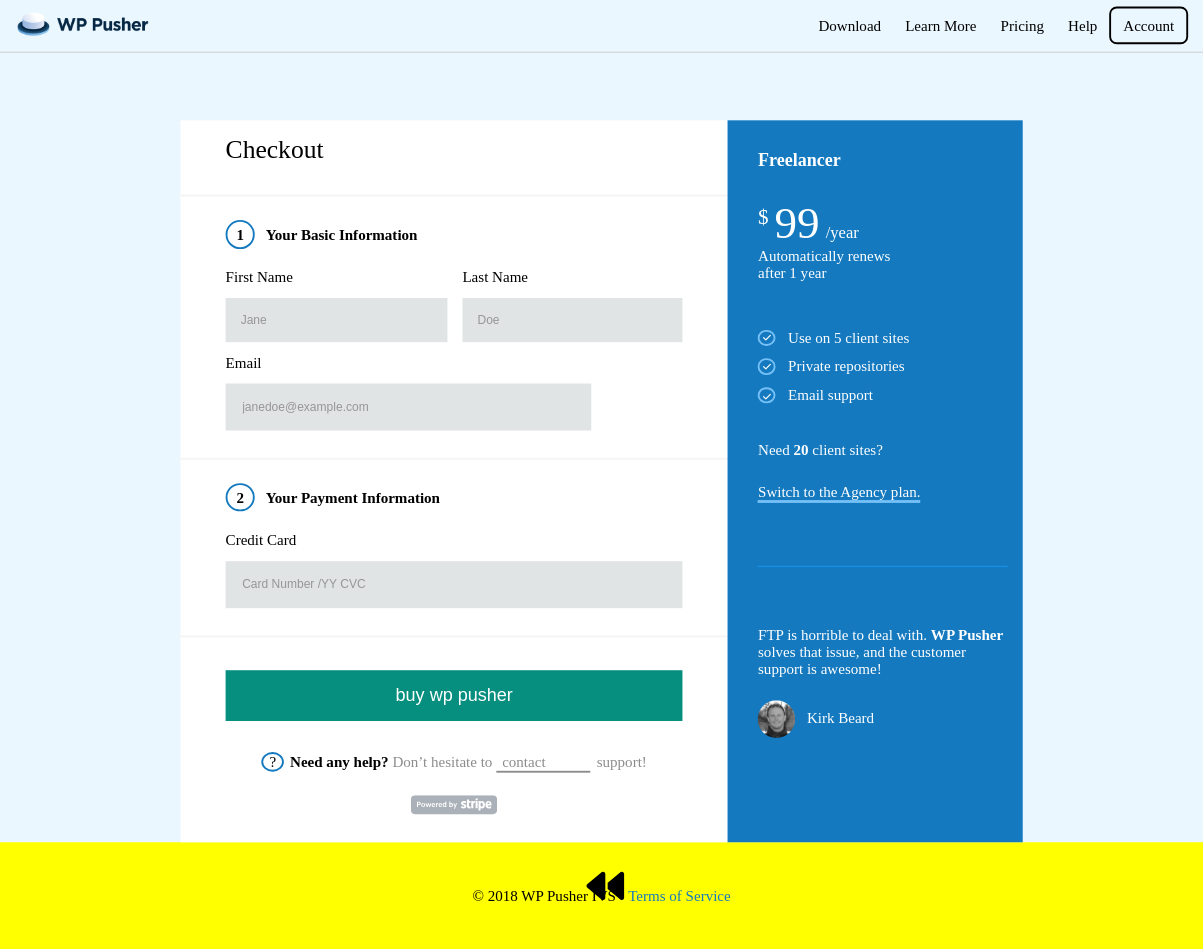
Repository: dark-txch/ass-1-6
Page: src/pages/wpPusher.html
The author's editor kept a copy of each file at every save. The page is drawn from the files as they stood at one save, then again after a run of saves.
The browser window is 1280 px wide. The pictures show the whole page, at 94% of full size.
Some web libraries are served in a nearby version.

Above is the page before, as saved 2024-11-29 15:43:14.

After the next 2 saves:
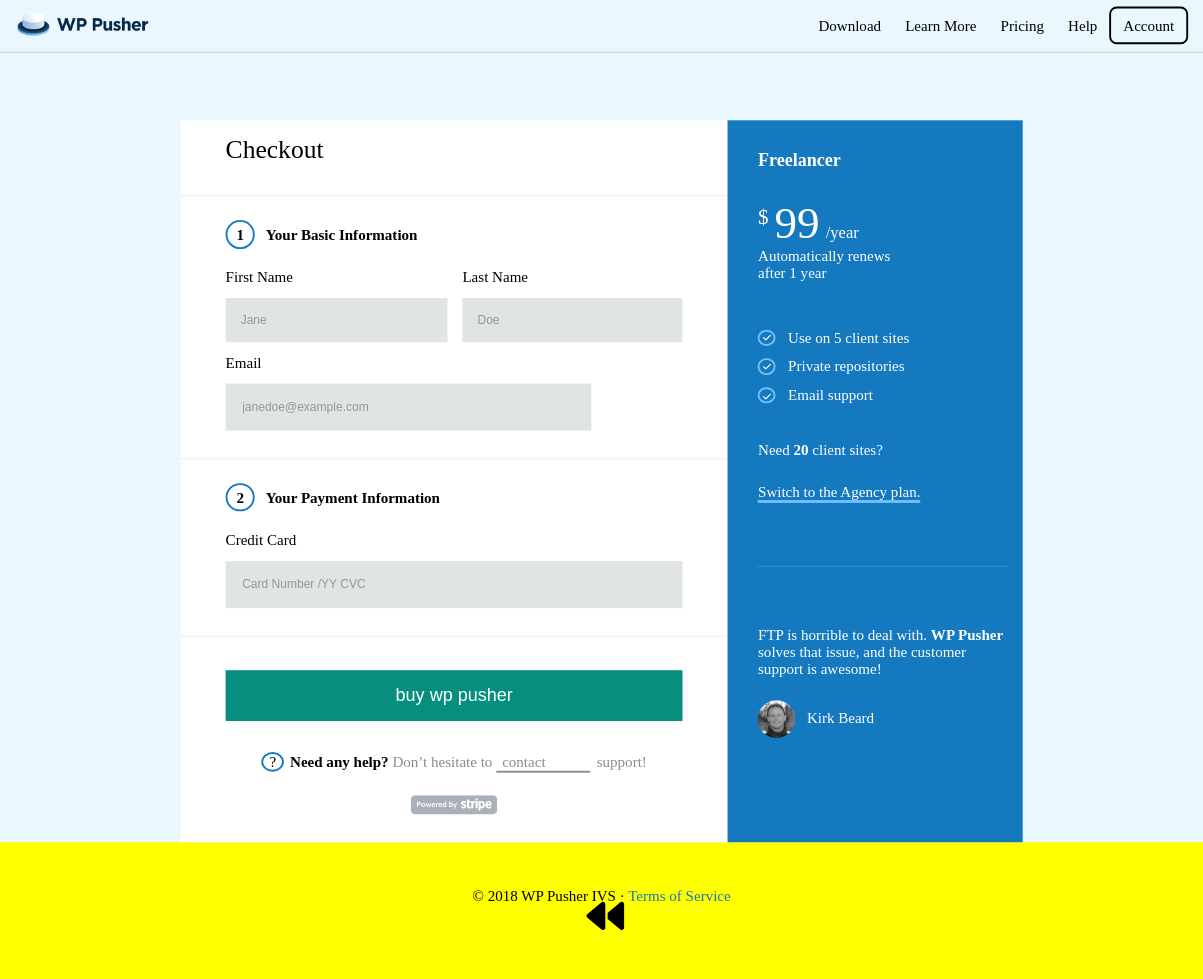
The 2 saves are shown as one change because they came seconds apart.
The last was saved 19 s later.
--- a/src/styles/wpPusher/wpPusher.css
+++ b/src/styles/wpPusher/wpPusher.css
@@ -388,9 +388,10 @@
 }
 /*---------------------------------------------------footer */
 footer {
-display: grid;
-
-background-color: yellow;
+	display: grid;
+	gap: 2rem;
+
+	background-color: yellow;
 
 	text-align: center;
 	padding: 3rem 0;

After the save that followed:
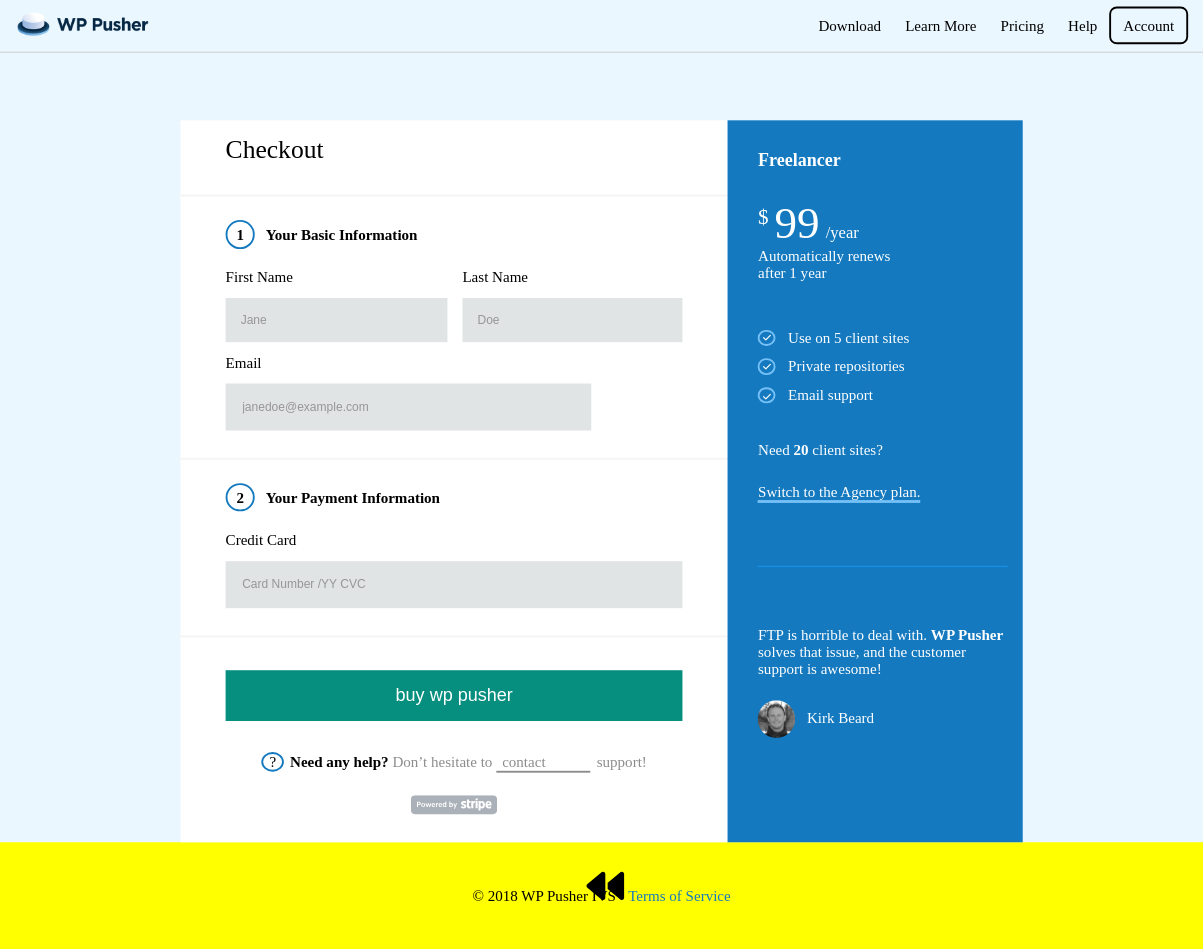
Saved 12 s later.
--- a/src/styles/wpPusher/wpPusher.css
+++ b/src/styles/wpPusher/wpPusher.css
@@ -389,7 +389,6 @@
 /*---------------------------------------------------footer */
 footer {
 	display: grid;
-	gap: 2rem;
 
 	background-color: yellow;
 
